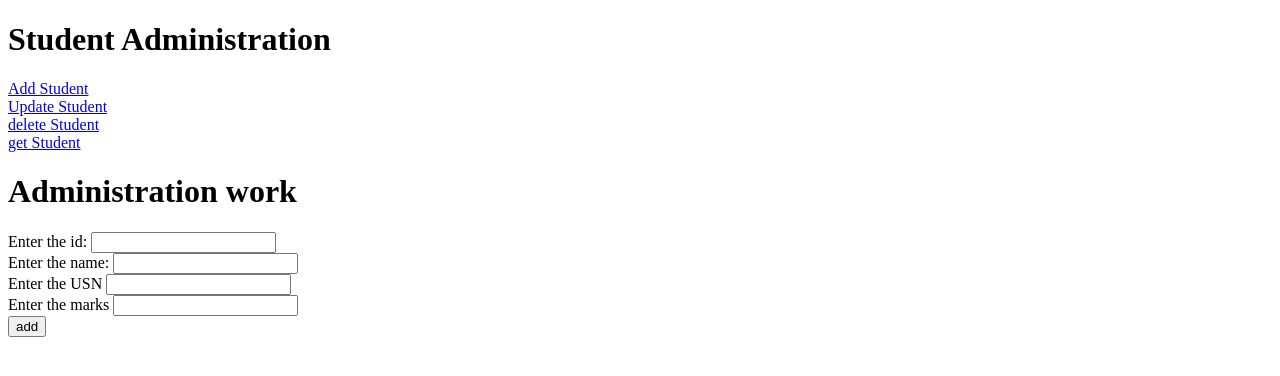
Repository: Anandnand/Web-Application
Page: http://localhost/UpdateStudent
An editor plug-in stored every save of this project. The page is shown before and after the next save, followed by the edit.
The browser window is 1280 px wide. The pictures show the whole page.
The page is this project's Thymeleaf template; nobody is signed in. The template is opened directly, without the code that normally fills it, so the values that code supplies are empty.

Above is the page before, as saved 2024-03-25 16:40:35.

After the next save:
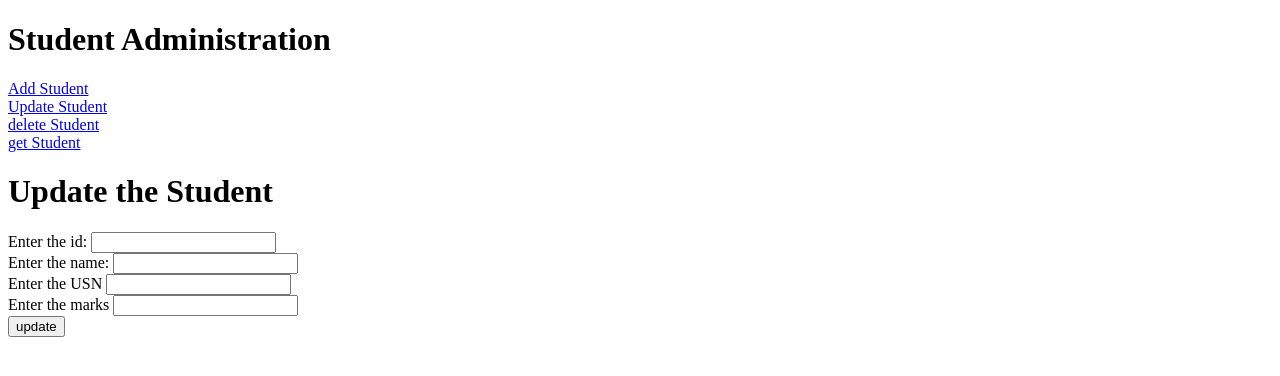
Saved 77 s later.
--- a/Login/src/main/resources/templates/UpdateStudent.html
+++ b/Login/src/main/resources/templates/UpdateStudent.html
@@ -18,26 +18,26 @@
 	</div>
 
 <div>
-<h1>Administration work</h1>
+<h1>Update the Student</h1>
 </div>
 
 
 <div>
 <form action="api/addStudent" method="post">
-<input type="hidden" name="_method" method="update"/>
+<input type="hidden" name="_method" value="update"/>
 <label>Enter the id:</label>
-<input type="text" name="id" class="add" />
+<input type="text" name="id" class="update" />
 <br>
 <label>Enter the name:</label>
-<input type="text" name="name" class="add" />
+<input type="text" name="name" class="update" />
 <br>
 <label>Enter the USN</label>
-<input type="text" name="usn" class="add" />
+<input type="text" name="usn" class="update" />
 <br>
 <label>Enter the marks</label>
-<input type="text" name="marks" class="add" />
+<input type="text" name="marks" class="update" />
 <br>
-<input type="submit" name="submit" value="add"/>
+<input type="submit" name="submit" value="update"/>
 </div>
 </form>
 
